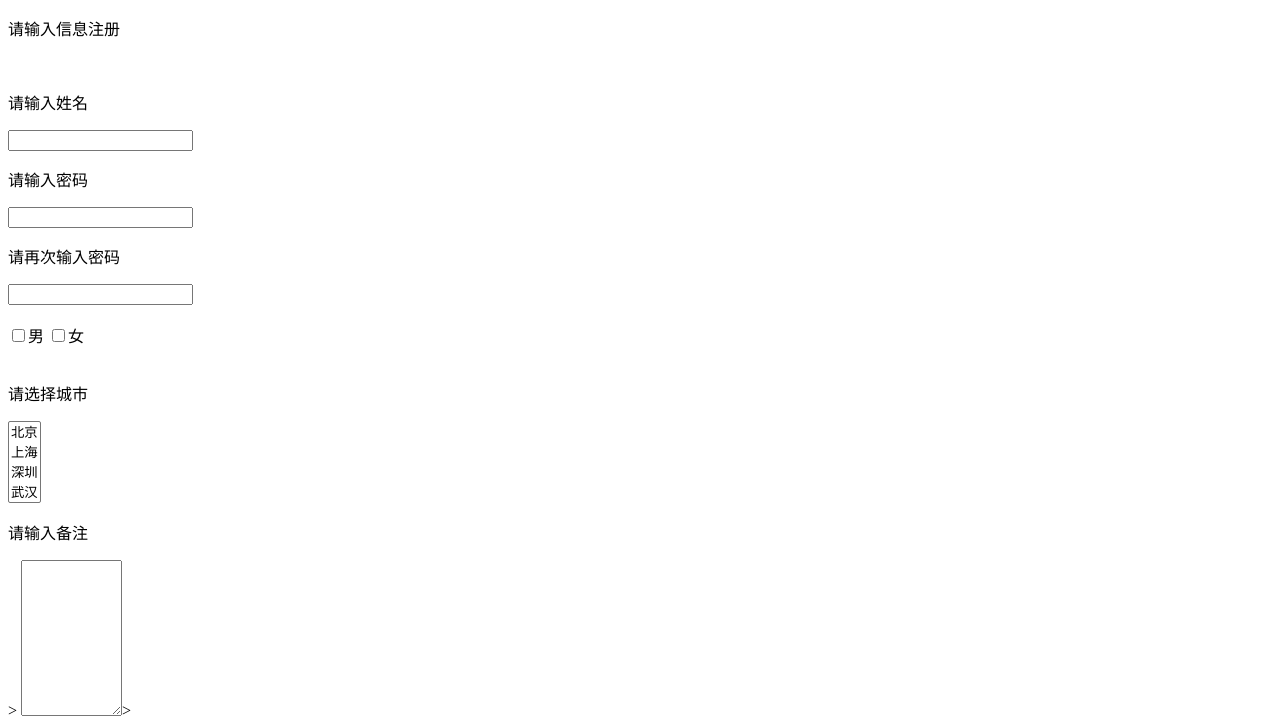
Repository: xienezheng/javaPractice
Page: javaweb/try2/WebContent/reg.html
An editor plug-in stored every save of this project. The page is shown before and after the next save, followed by the edit.
The browser window is 1280 px wide. The pictures show the whole page.

Above is the page before, as saved 2017-04-23 08:59:05.

After the next save:
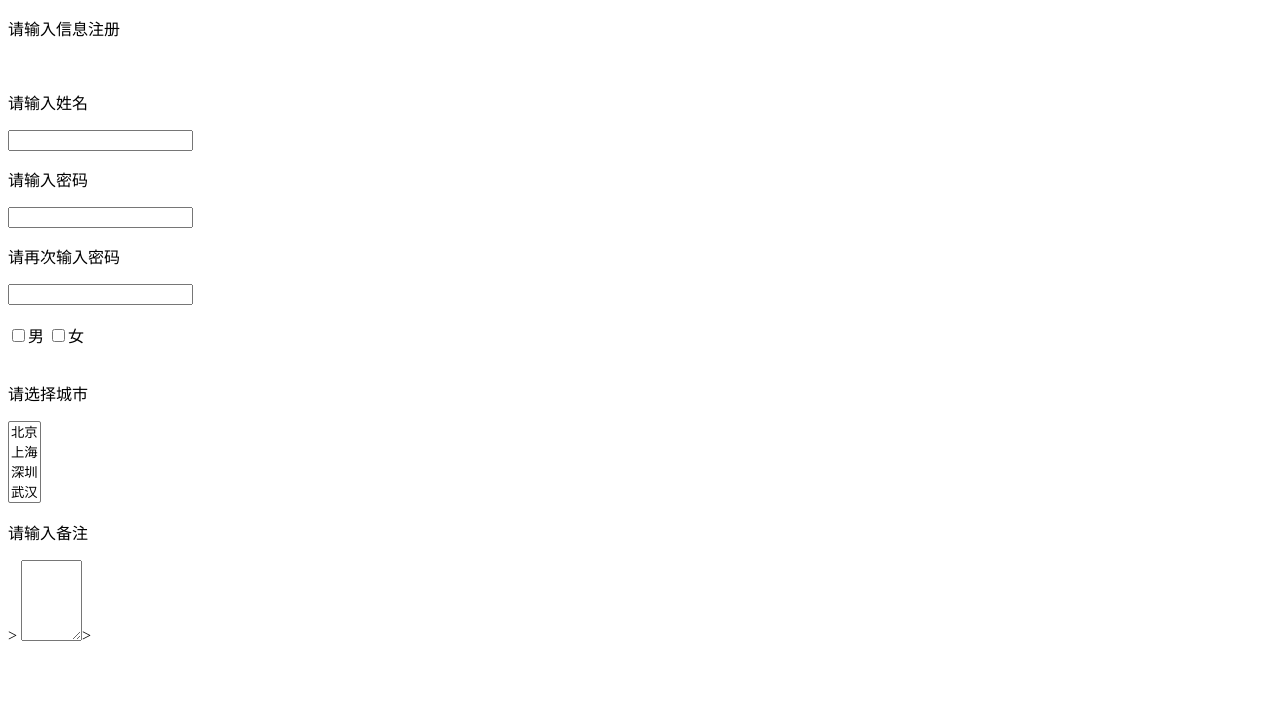
Saved 33 s later.
--- a/javaweb/try2/WebContent/reg.html
+++ b/javaweb/try2/WebContent/reg.html
@@ -37,7 +37,7 @@ left:200px;
 <option>武汉</option>
 </select>
 <p>请输入备注</p>>
-<textarea name="add"cols="10"rows="10">
+<textarea name="add"cols="5"rows="5">
 </textarea>>
 </form>
 </body>
